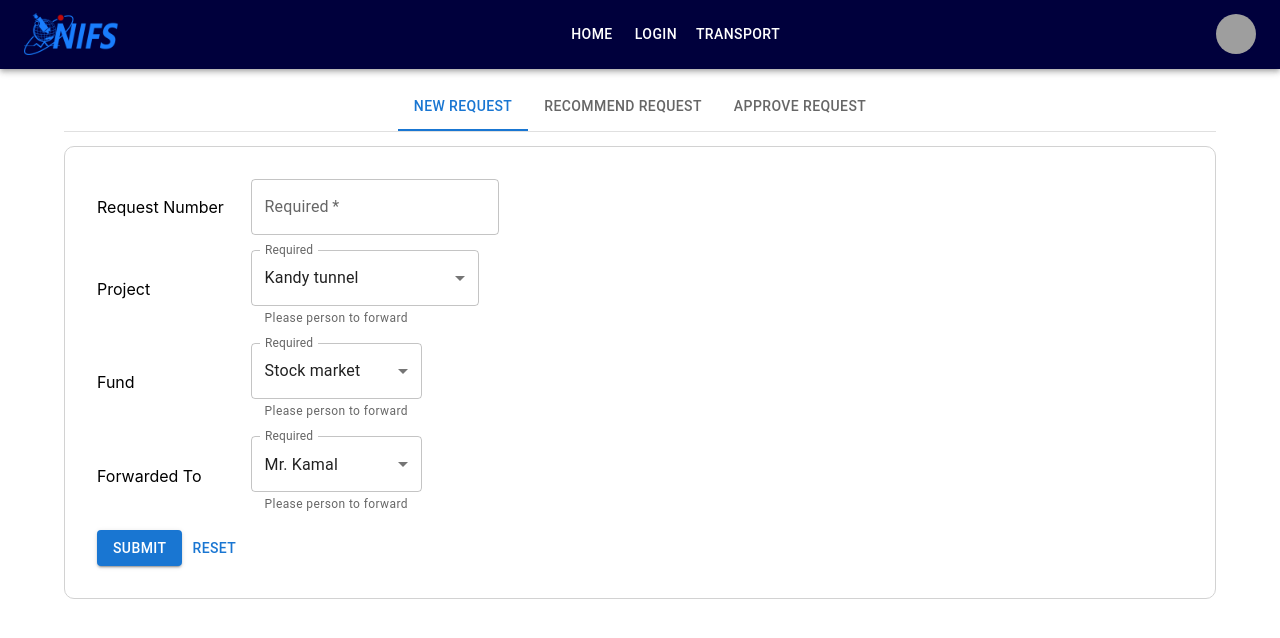
Repository: Ravindu97/NIFS_WebApplication
Page: /transport (app in client/)
An editor plug-in stored every save of this project. The page is shown before and after the next save, followed by the edit.
The browser window is 1280 px wide. The pictures show the whole page.
Pictures or frames that could not be fetched are drawn as grey boxes. The project was rebuilt for these pictures with package versions that can differ from the ones it lists, and the page was loaded fresh each time. Also part of the build but not shown: client/src/pages/Home.js, client/src/pages/Login.js, client/src/components/Transport/RecommendedRequest.js, client/src/components/Transport/ApproveRequest.js.

Above is the page before, as saved 2022-06-30 23:21:03.

### client/src/index.css
body {
  margin: 0;
  font-family: -apple-system, BlinkMacSystemFont, 'Segoe UI', 'Roboto', 'Oxygen',
    'Ubuntu', 'Cantarell', 'Fira Sans', 'Droid Sans', 'Helvetica Neue',
    sans-serif;
  -webkit-font-smoothing: antialiased;
  -moz-osx-font-smoothing: grayscale;
}

:root{
  --main-navbar-back: #00003c;

}


.nav-logo{
  width: 100px;
  height: auto;
}

/* main navbar */
.main-navbar{
  background-color: var(--main-navbar-back) !important;
}

/* secondary navbar */
.secondary-navbar{
  margin-top: 2vh !important;
  margin: auto;
}

/* body content */
.body-content{
  margin: auto;
  width: 90%;
  margin-top: 2vh;
}

/* form area */

.form-area{
  border: 1px solid #d2d2d2;
  border-radius: 10px;
  padding: 2rem;
}

/* input fields */
.input-fields{
  display: flex;
  align-items: center;
  margin-bottom: 2vh;
}

.input-fields label{
  margin-right: 2vw;
  width: 10vw;
}

### client/src/App.js
import * as React from 'react';
import { BrowserRouter as Router, Route, Routes } from 'react-router-dom';
import Navbar from './components/shared/Navbar';
import Home from './pages/Home';
import Login from './pages/Login';
import TransportMainPage from './pages/TransportMainPage';

function App() {
	return (
		<div>
			<Router>
				<Navbar />
				<Routes>
					<Route exact path="/" element={<Home />} />
					<Route exact path="/login" element={<Login />} />
					<Route exact path="/transport/*" element={<TransportMainPage />} />
				</Routes>
			</Router>
		</div>
	);
}

export default App;

### client/src/components/shared/Navbar.js
import * as React from 'react';
import AppBar from '@mui/material/AppBar';
import Box from '@mui/material/Box';
import Toolbar from '@mui/material/Toolbar';
import IconButton from '@mui/material/IconButton';
import Typography from '@mui/material/Typography';
import Menu from '@mui/material/Menu';
import MenuIcon from '@mui/icons-material/Menu';
import Container from '@mui/material/Container';
import Avatar from '@mui/material/Avatar';
import Button from '@mui/material/Button';
import Tooltip from '@mui/material/Tooltip';
import MenuItem from '@mui/material/MenuItem';
import { Link } from 'react-router-dom';
import Logo from '../../images/nifs_logo.png';

const Navbar = () => {
	const pages = [
		{
			id: 0,
			title: 'Home',
			link: '/',
		},
		{
			id: 1,
			title: 'Login',
			link: '/login',
		},
		{
			id: 2,
			title: 'Transport',
			link: '/transport',
		},
	];

	const settings = [
		{
			id: 0,
			title: 'Home',
			link: '/',
		},
		{
			id: 1,
			title: 'Login',
			link: '/login',
		},
		{
			id: 2,
			title: 'Transport',
			link: '/transport',
		},
	];

	const [anchorElNav, setAnchorElNav] = React.useState(null);
	const [anchorElUser, setAnchorElUser] = React.useState(null);

	const handleOpenNavMenu = (event) => {
		setAnchorElNav(event.currentTarget);
	};
	const handleOpenUserMenu = (event) => {
		setAnchorElUser(event.currentTarget);
	};

	const handleCloseNavMenu = () => {
		setAnchorElNav(null);
	};

	const handleCloseUserMenu = () => {
		setAnchorElUser(null);
	};

	return (
		<AppBar position="static" className="main-navbar">
			<Container maxWidth="xl">
				<Toolbar disableGutters>
					{/*Responsive view start here  */}
					<Box sx={{ display: { xs: 'none', md: 'flex' }, mr: 1 }}>
						<img src={Logo} alt="logo" className="nav-logo" />
					</Box>

					<Box sx={{ flexGrow: 1, display: { xs: 'flex', md: 'none' } }}>
						<IconButton
							size="large"
							aria-label="account of current user"
							aria-controls="menu-appbar"
							aria-haspopup="true"
							onClick={handleOpenNavMenu}
							color="inherit"
						>
							<MenuIcon />
						</IconButton>
						<Menu
							id="menu-appbar"
							anchorEl={anchorElNav}
							anchorOrigin={{
								vertical: 'bottom',
								horizontal: 'left',
							}}
							keepMounted
							transformOrigin={{
								vertical: 'top',
								horizontal: 'left',
							}}
							open={Boolean(anchorElNav)}
							onClose={handleCloseNavMenu}
							sx={{
								display: { xs: 'block', md: 'none' },
							}}
						>
							{pages &&
								pages.map((page) => (
									<MenuItem key={page.id} onClick={handleCloseNavMenu}>
										<Link to={page.link} style={{ textDecoration: 'none' }}>
											<Typography textAlign="center">{page.title}</Typography>
										</Link>
									</MenuItem>
								))}
						</Menu>
					</Box>
					{/* Responsive view ends here */}

					{/* Full width starts here */}
					<Box
						sx={{
							mr: 2,
							display: { xs: 'flex', md: 'none' },
							flexGrow: 1,
						}}
					>
						<img src={Logo} alt="logo" className="nav-logo" />
					</Box>

					<Box
						sx={{ flexGrow: 1, display: { xs: 'none', md: 'flex' } }}
						style={{ justifyContent: 'center' }}
					>
						{pages &&
							pages.map((page) => (
								<Link to={page.link} style={{ textDecoration: 'none' }}>
									<Button
										key={page.id}
										onClick={handleCloseNavMenu}
										sx={{ my: 2, color: 'white', display: 'block' }}
									>
										{page.title}
									</Button>
								</Link>
							))}
					</Box>

					{/* end of the navbar */}
					<Box sx={{ flexGrow: 0 }}>
						<Tooltip title="Open settings">
							<IconButton onClick={handleOpenUserMenu} sx={{ p: 0 }}>
								<Avatar
									alt="Remy Sharp"
									src="https://images.unsplash.com/photo-1566753323558-f4e0952af115?ixlib=rb-1.2.1&ixid=MnwxMjA3fDB8MHxzZWFyY2h8MXx8bWFsZXxlbnwwfHwwfHw%3D&w=1000&q=80"
								/>
							</IconButton>
						</Tooltip>
						<Menu
							sx={{ mt: '45px' }}
							id="menu-appbar"
							anchorEl={anchorElUser}
							anchorOrigin={{
								vertical: 'top',
								horizontal: 'right',
							}}
							keepMounted
							transformOrigin={{
								vertical: 'top',
								horizontal: 'right',
							}}
							open={Boolean(anchorElUser)}
							onClose={handleCloseUserMenu}
						>
							{settings.map((setting) => (
								<MenuItem key={setting.id} onClick={handleCloseUserMenu}>
									<Typography textAlign="center">{setting.title}</Typography>
								</MenuItem>
							))}
						</Menu>
					</Box>
				</Toolbar>
			</Container>
		</AppBar>
	);
};
export default Navbar;

### client/src/pages/TransportMainPage.js
import React from 'react';

import TransportNavbar from '../components/Transport/shared/TransportNavbar';
import { Route, Routes } from 'react-router-dom';
import NewRequest from '../components/Transport/NewRequest';
import RecommendedRequest from '../components/Transport/RecommendedRequest';
import ApproveRequest from '../components/Transport/ApproveRequest';

// transport main page where all other section of transport department can be access from here
function TransportMainPage() {
	return (
		<div>
			<TransportNavbar />
			<div className="body-content">
				<Routes>
					<Route exact path="/" element={<NewRequest />} />
					<Route exact path="/recommend" element={<RecommendedRequest />} />
					<Route exact path="/approve" element={<ApproveRequest />} />
				</Routes>
			</div>
		</div>
	);
}

export default TransportMainPage;

### client/src/components/Transport/shared/TransportNavbar.js
import * as React from 'react';
import Tabs from '@mui/material/Tabs';
import Tab from '@mui/material/Tab';
import Box from '@mui/material/Box';
import { Link, useLocation } from 'react-router-dom';

export default function TransportNavbar() {
	const location = useLocation();

	const pages = [
		{
			id: 0,
			title: 'New Request',
			link: '/transport',
		},
		{
			id: 1,
			title: 'Recommend Request',
			link: '/transport/recommend',
		},
		{
			id: 2,
			title: 'Approve Request',
			link: '/transport/approve',
		},
	];

	return (
		<Box sx={{ width: '90%' }} className="secondary-navbar">
			<Box sx={{ borderBottom: 1, borderColor: 'divider' }}>
				<Tabs value={location.pathname} centered>
					{pages &&
						pages.map((page) => (
							<Tab
								key={page.id}
								label={page.title}
								value={page.link}
								component={Link}
								to={page.link}
							/>
						))}
				</Tabs>
			</Box>
		</Box>
	);
}

### client/src/components/Transport/NewRequest.js
import { Button, TextField } from '@mui/material';
import React, { useState } from 'react';
import { useForm } from 'react-hook-form';
import Projects from './shared/sampleData/Project.json';
import Funds from './shared/sampleData/Fund.json';
import ForwardedTo from './shared/sampleData/ForwardedTo.json';

function NewRequest() {
	// date set to be stored
	const { register, handleSubmit, reset } = useForm();

	const [project, setProjects] = useState(Projects);
	const [fund, setFunds] = useState(Funds);
	const [forwardedTo, setForwardedTos] = useState(ForwardedTo);

	const submitDetails = (data) => {
		console.log(data);
	};

	return (
		<div className="form-area">
			<form onSubmit={handleSubmit(submitDetails)}>
				<div className="input-fields">
					<label>Request Number</label>
					<TextField
						required
						type="text"
						name="reqNo"
						id="outlined-basic"
						label="Required"
						variant="outlined"
						{...register('reqNo', { required: true })}
					/>
				</div>
				<div className="input-fields">
					<label>Project</label>
					<TextField
						id="outlined-select-currency-native"
						select
						label="Required"
						name="project"
						{...register('project', { required: true })}
						SelectProps={{
							native: true,
						}}
						helperText="Please person to forward"
					>
						{project.map((option) => (
							<option key={option.id} value={option.value}>
								{option.value}
							</option>
						))}
					</TextField>
				</div>
				<div className="input-fields">
					<label>Fund</label>
					<TextField
						id="outlined-select-currency-native"
						select
						label="Required"
						name="fund"
						{...register('fund', { required: true })}
						SelectProps={{
							native: true,
						}}
						helperText="Please person to forward"
					>
						{fund.map((option) => (
							<option key={option.id} value={option.value}>
								{option.value}
							</option>
						))}
					</TextField>
				</div>
				<div className="input-fields">
					<label>Forwarded To</label>
					<TextField
						id="outlined-select-currency-native"
						select
						label="Required"
						name="forwardedTo"
						{...register('forwardedTo', { required: true })}
						SelectProps={{
							native: true,
						}}
						helperText="Please person to forward"
					>
						{forwardedTo.map((option) => (
							<option key={option.id} value={option.value}>
								{option.value}
							</option>
						))}
					</TextField>
				</div>
				<Button type="submit" variant="contained">
					Submit
				</Button>
				<Button
					type="button"
					onClick={() => {
						reset({
							reqNo: '',
							project: '',
							fund: '',
							forwardTo: '',
							requestDate: '',
							time: '',
							estimateCost: '',
							type: '',
							modeTravel: '',
							purpose: '',
							note: '',
							employee: '',
							designation: '',
							date: '',
							division: '',
							HOD: '',
							route: '',
							passengers: '',
						});
					}}
				>
					Reset
				</Button>
			</form>
		</div>
	);
}

export default NewRequest;

### client/src/components/Transport/shared/sampleData/Project.json
[
    {
        "id": 0,
        "value": "Kandy tunnel"
    },
    {
        "id": 1,
        "value": "Moragahakanda project"
    },
    {
        "id": 2,
        "value": "Gin nilwala project"
    },
    {
        "id": 3,
        "value": "Samanala wewa projecct"
    },
    {
        "id": 4,
        "value": "Data visualization"
    }
]

### client/src/components/Transport/shared/sampleData/Fund.json
[
    {
        "id": 0,
        "value": "Stock market"
    },
    {
        "id": 1,
        "value": "BOC bank"
    },
    {
        "id": 2,
        "value": "Savings"
    },
    {
        "id": 3,
        "value": "Ticketing"
    },
    {
        "id": 4,
        "value": "Car wash"
    }
]

### client/src/components/Transport/shared/sampleData/ForwardedTo.json
[
    {
        "id": 0,
        "value": "Mr. Kamal"
    },
    {
        "id": 1,
        "value": "Mr. Sunil"
    },
    {
        "id": 2,
        "value": "Mr. Kusal"
    },
    {
        "id": 3,
        "value": "Mrs. Nayana"
    },
    {
        "id": 4,
        "value": "Miss Rashmi"
    }
]

Loaded but not shown: client/src/index.js (common file); client/src/reportWebVitals.js (common file)

After the next save:
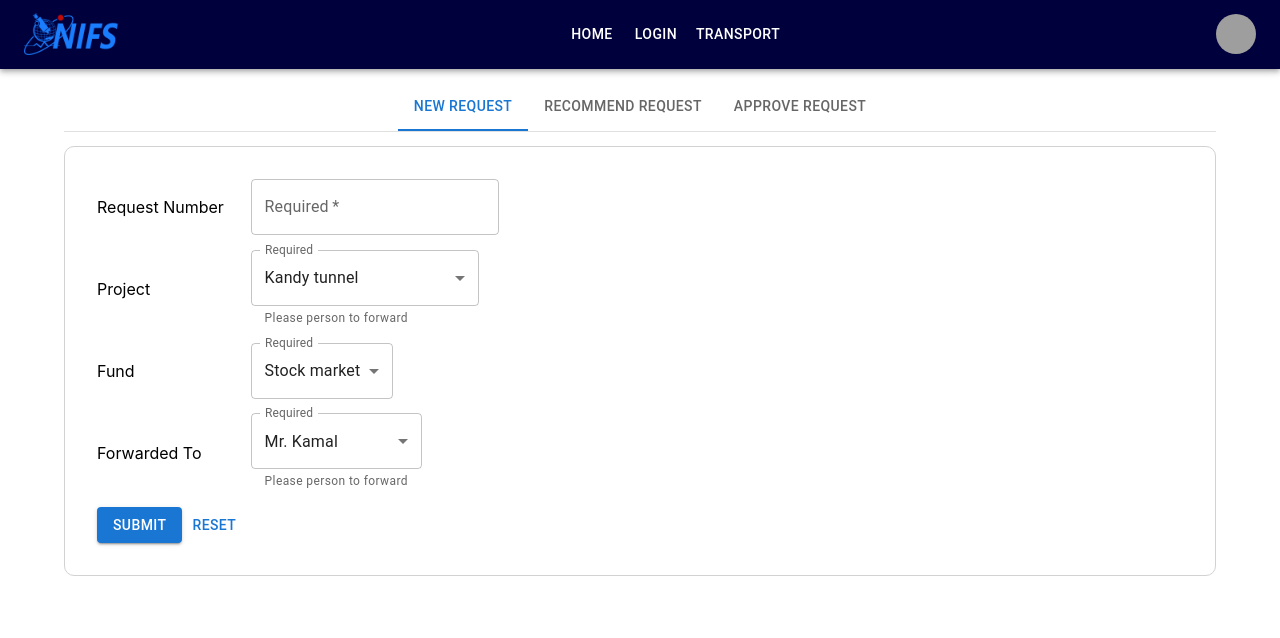
Saved 20 s later.
--- a/client/src/components/Transport/NewRequest.js
+++ b/client/src/components/Transport/NewRequest.js
@@ -63,7 +63,6 @@ function NewRequest() {
 						SelectProps={{
 							native: true,
 						}}
-						helperText="Please person to forward"
 					>
 						{fund.map((option) => (
 							<option key={option.id} value={option.value}>
